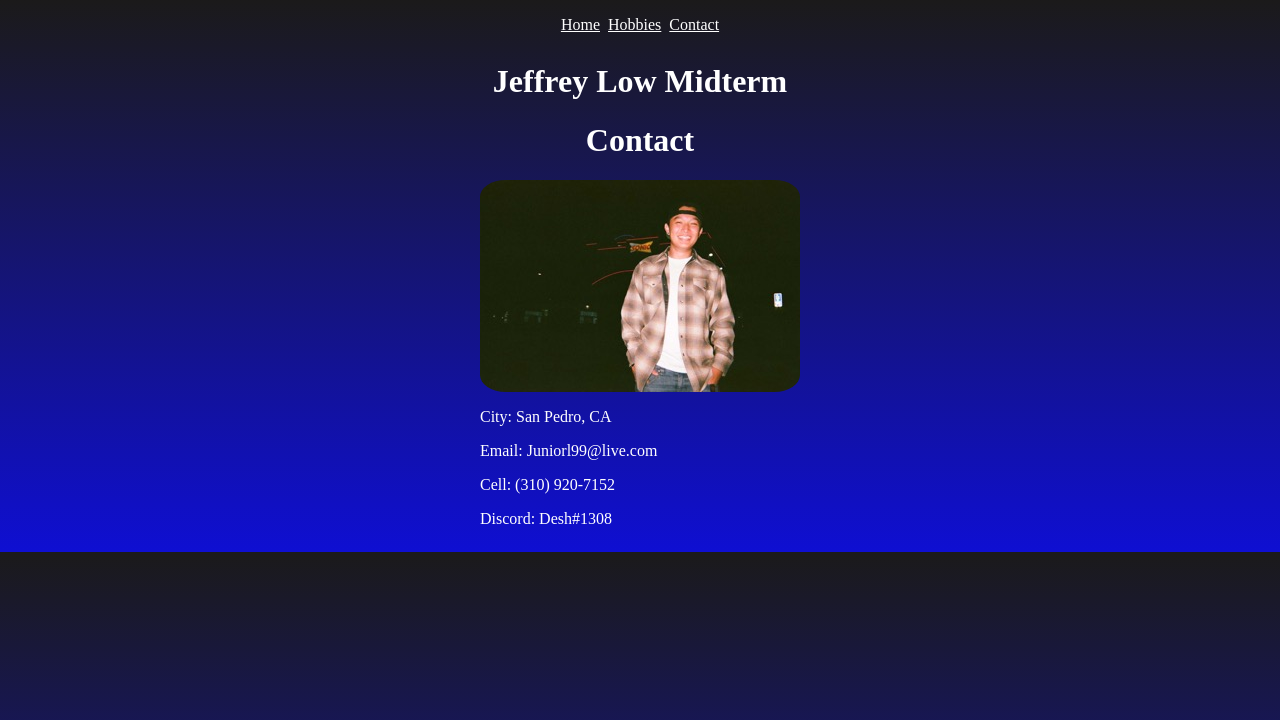
Repository: sebas6292/Jeff-Midterm
Page: home.html
The author's editor kept a copy of each file at every save. The page is drawn from the files as they stood at one save, then again after the next save.
The browser window is 1280 px wide. The pictures show the whole page.

Above is the page before, as saved 2023-04-30 23:41:50.

### home.html
<!DOCTYPE html>
<html lang="en">
  <head>
    <title>Home</title>
    <meta charset="UTF-8" />
    <meta name="viewport" content="width=device-width" />
    <link rel="stylesheet" href="styles.css" />
  </head>
  <body>
    <nav>
      <a href="/home.html">Home</a>
      <a href="/hobby.html">Hobbies</a>
      <a href="/contact.html">Contact</a>
    </nav>
    <main>
      <h1>Jeffrey Low Midterm</h1>
      <!-- <section class="home-summary">
        <div>
        <img src="pics/Swag.jpeg">
        <h2>Welcome to my page. My name is Jeffrey Low and I'm currently a full-time student at Los Angeles Harbor College. I work part-time as a chess instructor for Train Children Chess Academy. I lived in San Pedro for about 15 years and during the summer I like to play Volleyball. </h2>
    </div>
      </section> -->
      <h1>Contact</h1>
      <section class="contact-info" >
        <div>
            <img src="pics/Swag.jpeg"/>
            <p>City: San Pedro, CA</p>
            <p>Email: Juniorl99@live.com</p>
            <p>Cell: (310) 920-7152</p>
            <p>Discord: Desh#1308</p>
        </div>
      </section>
    </main>
  </body>
</html>

### styles.css
body {
  background: linear-gradient(rgb(27, 26, 26), rgb(15, 15, 210));
}

nav {
  display: flex;
  flex-wrap: wrap;
  align-items: center;
  justify-content: center;
  padding: 0.5rem;
  gap: 0.5rem;
}
nav, a, h1, p{
  color: white
}

.title {
  display: flex;
  justify-content: center;
}

/* .home-summary {
  display: flex;
  justify-content: center;
} */

/* hobbies */
.container {
  display: flex;
  flex-wrap: wrap;
  justify-content: center ;
}
.box-container {
  padding: 1rem;
}
.img-hobbies {
  border-radius: 10%;
}

h1, .contact-info, img {
  display: flex;
  justify-content: center;
  border-radius: 8%;
}

After the next save:
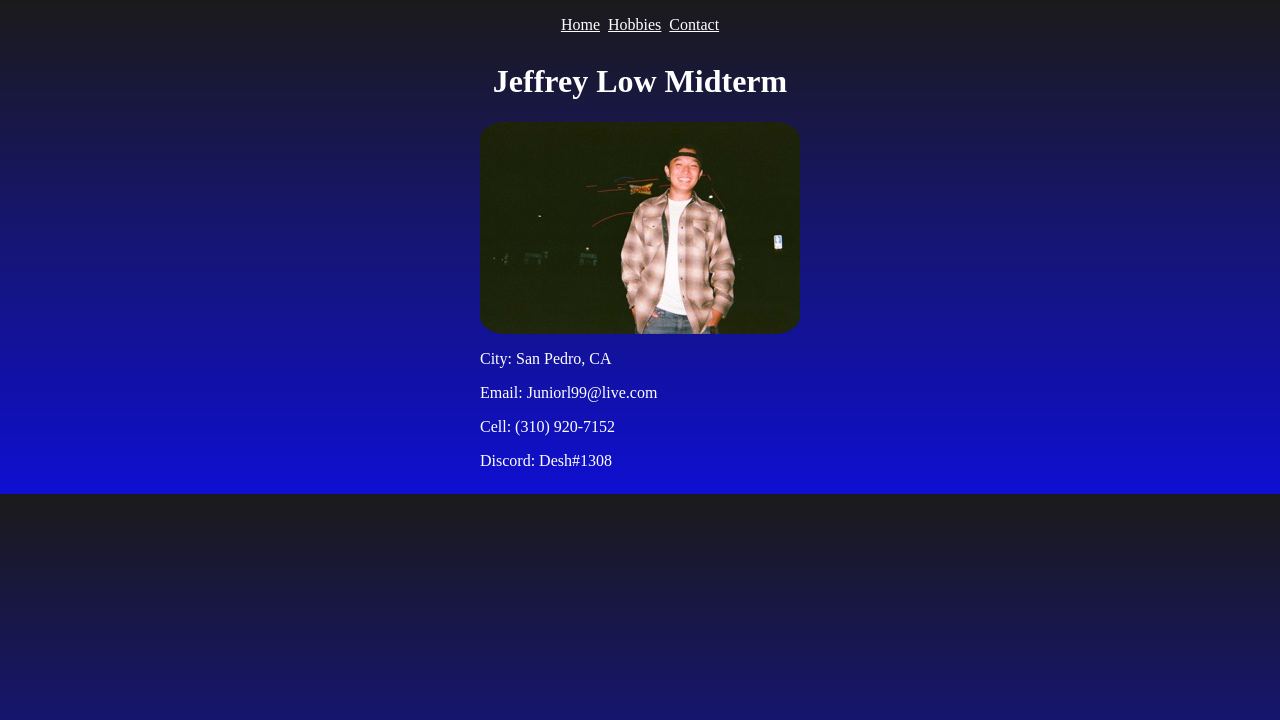
Saved 17 s later.
--- a/home.html
+++ b/home.html
@@ -20,7 +20,7 @@
         <h2>Welcome to my page. My name is Jeffrey Low and I'm currently a full-time student at Los Angeles Harbor College. I work part-time as a chess instructor for Train Children Chess Academy. I lived in San Pedro for about 15 years and during the summer I like to play Volleyball. </h2>
     </div>
       </section> -->
-      <h1>Contact</h1>
+
       <section class="contact-info" >
         <div>
             <img src="pics/Swag.jpeg"/>
